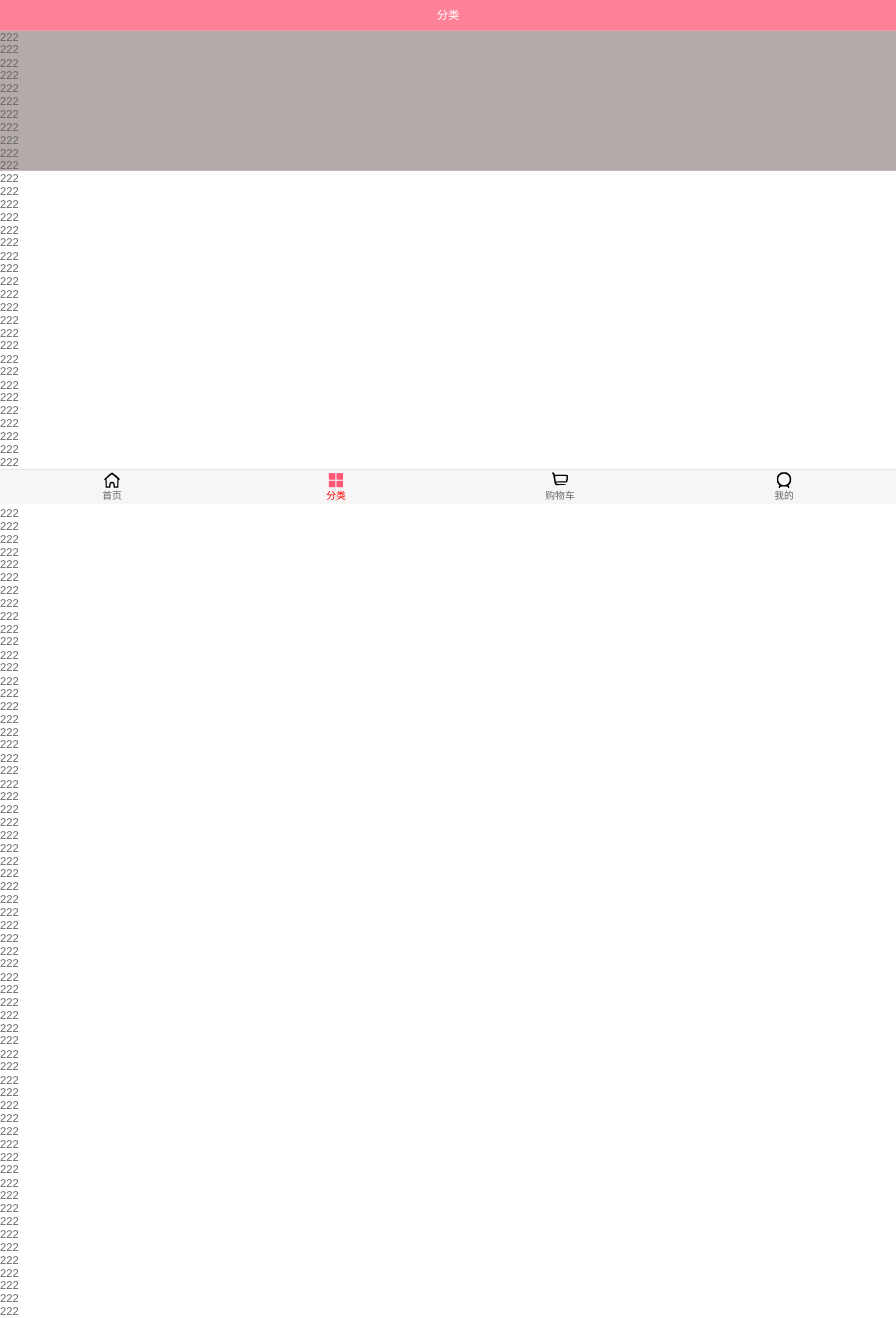
Repository: bymio/mall
Page: /category
An editor plug-in stored every save of this project. The page is shown before and after a run of saves, followed by the edit.
The browser window is 1280 px wide. The pictures show the whole page, at 70% of full size.
The project was rebuilt for these pictures with package versions that can differ from the ones it lists, and the page was loaded fresh each time. Also part of the build but not shown: vue.config.js.

Above is the page before, as saved 2021-06-22 18:47:07.

### src/assets/css/base.css
@import "./normalize.css";

/*:root -> 获取根元素html*/
:root {
  --color-text: #666;
  --color-high-text: #ff5777;
  --color-tint: #ff8198;
  --color-background: #fff;
  --font-size: 14px;
  --line-height: 1.5;
}

*,
*::before,
*::after {
  margin: 0;
  padding: 0;
  box-sizing: border-box;
}

body {
  font-family: "Helvetica Neue",Helvetica,"PingFang SC","Hiragino Sans GB","Microsoft YaHei","微软雅黑",Arial,sans-serif;
  user-select: none; /* 禁止用户鼠标在页面上选中文字/图片等 */
  -webkit-tap-highlight-color: transparent; /* webkit是苹果浏览器引擎，tap点击，highlight背景高亮，color颜色，颜色用数值调节 */
  background: var(--color-background);
  color: var(--color-text);
  /* rem vw/vh */
  width: 100vw;
}

a {
  color: var(--color-text);
  text-decoration: none;
}


.clear-fix::after {
  clear: both;
  content: '';
  display: block;
  width: 0;
  height: 0;
  visibility: hidden;
}

.clear-fix {
  zoom: 1;
}

.left {
  float: left;
}

.right {
  float: right;
}

### src/components/content/mainTabbar/MainTabBar.vue
<template>
  <tab-bar>
    <tab-bar-item path="/home">
      <img slot="item-icon" src="~assets/img/tabbar/home.svg" alt="">
      <img slot="item-icon-active" src="~assets/img/tabbar/home_active.svg" alt="">
      <div slot="item-text">首页</div>
    </tab-bar-item>
    <tab-bar-item path="/category">
      <img slot="item-icon" src="~assets/img/tabbar/category.svg" alt="">
      <img slot="item-icon-active" src="~assets/img/tabbar/category_active.svg" alt="">
      <div slot="item-text">分类</div>
    </tab-bar-item>
    <tab-bar-item path="/cart">
      <img slot="item-icon" src="~assets/img/tabbar/shopcart.svg" alt="">
      <img slot="item-icon-active" src="~assets/img/tabbar/shopcart_active.svg" alt="">
      <div slot="item-text">购物车</div>
    </tab-bar-item>
    <tab-bar-item path="/profile">
      <img slot="item-icon" src="~assets/img/tabbar/profile.svg" alt="">
      <img slot="item-icon-active" src="~assets/img/tabbar/profile_active.svg" alt="">
      <div slot="item-text">我的</div>
    </tab-bar-item>
  </tab-bar>
</template>

<script>
  import TabBar from 'components/common/tabbar/TabBar'
  import TabBarItem from 'components/common/tabbar/TabBarItem'

  export default {
    name: "MainTabBar",
    components: {
      TabBar,
      TabBarItem
    }
  }
</script>

<style scoped>

</style>

### src/views/category/Category.vue
<template>
  <div class="category">
    <nav-bar class="category-nav">
      <div slot="center">分类</div>
    </nav-bar>

    <div class="wrapper">
      <ul class="content">
        <li>222</li>
        <li>222</li>
        <li>222</li>
        <li>222</li>
        <li>222</li>
        <li>222</li>
        <li>222</li>
        <li>222</li>
        <li>222</li>
        <li>222</li>
        <li>222</li>
        <li>222</li>
        <li>222</li>
        <li>222</li>
        <li>222</li>
        <li>222</li>
        <li>222</li>
        <li>222</li>
        <li>222</li>
        <li>222</li>
        <li>222</li>
        <li>222</li>
        <li>222</li>
        <li>222</li>
        <li>222</li>
        <li>222</li>
        <li>222</li>
        <li>222</li>
        <li>222</li>
        <li>222</li>
        <li>222</li>
        <li>222</li>
        <li>222</li>
        <li>222</li>
        <li>222</li>
        <li>222</li>
        <li>222</li>
        <li>222</li>
        <li>222</li>
        <li>222</li>
        <li>222</li>
        <li>222</li>
        <li>222</li>
        <li>222</li>
        <li>222</li>
        <li>222</li>
        <li>222</li>
        <li>222</li>
        <li>222</li>
        <li>222</li>
        <li>222</li>
        <li>222</li>
        <li>222</li>
        <li>222</li>
        <li>222</li>
        <li>222</li>
        <li>222</li>
        <li>222</li>
        <li>222</li>
        <li>222</li>
        <li>222</li>
        <li>222</li>
        <li>222</li>
        <li>222</li>
        <li>222</li>
        <li>222</li>
        <li>222</li>
        <li>222</li>
        <li>222</li>
        <li>222</li>
        <li>222</li>
        <li>222</li>
        <li>222</li>
        <li>222</li>
        <li>222</li>
        <li>222</li>
        <li>222</li>
        <li>222</li>
        <li>222</li>
        <li>222</li>
        <li>222</li>
        <li>222</li>
        <li>222</li>
        <li>222</li>
        <li>222</li>
        <li>222</li>
        <li>222</li>
        <li>222</li>
        <li>222</li>
        <li>222</li>
        <li>222</li>
        <li>222</li>
        <li>222</li>
        <li>222</li>
        <li>222</li>
        <li>222</li>
        <li>222</li>
        <li>222</li>
        <li>222</li>
        <li>222</li>
      </ul>
    </div>
  </div>
</template>

<script>
import BScroll from "better-scroll";
import NavBar from "components/common/navbar/NavBar";

export default {
  name: "Category",
  mounted() {
    new BScroll(".wrapper", {});
  },
  components: {
    NavBar,
  },
};
</script>

<style scoped>
.category-nav {
  background: var(--color-tint);
  color: white;
}
.wrapper{
  height: 200px;
  background-color: rgb(180, 170, 170);
}
</style>

### src/components/common/tabbar/TabBarItem.vue
<template>
  <!--所有的item都展示同一个图片, 同一个文字-->
  <div class="tab-bar-item" @click="itemClick">
    <div v-if="!isActive"><slot name="item-icon"></slot></div>
    <div v-else><slot name="item-icon-active"></slot></div>
    <div :style="activeStyle"><slot name="item-text"></slot></div>
  </div>
</template>

<script>
  export default {
    name: "TabBarItem",
    props: {
      path: String,
      activeColor: {
        type: String,
        default: 'red'
      }
    },
    data() {
      return {
        // isActive: true
      }
    },
    computed: {
      isActive() {
        // /home -> item1(/home) = true
        // /home -> item1(/category) = false
        // /home -> item1(/cart) = true
        // /home -> item1(/profile) = true
        return this.$route.path.indexOf(this.path) !== -1
      },
      activeStyle() {
        return this.isActive ? {color: this.activeColor} : {}
      }
    },
    methods: {
      itemClick() {
        this.$router.replace(this.path)
      }
    }
  }
</script>

<style scoped>
  .tab-bar-item {
    flex: 1;
    text-align: center;
    height: 49px;
    font-size: 14px;
  }

  .tab-bar-item img {
    width: 24px;
    height: 24px;
    margin-top: 3px;
    vertical-align: middle;
    margin-bottom: 2px;
  }
</style>

Loaded but not shown: public/index.html (common file); src/main.js (common file); src/App.vue (common file); src/router/index.js (common file); src/assets/css/normalize.css (library); src/components/common/tabbar/TabBar.vue (common file); src/components/common/navbar/NavBar.vue (common file)

After the next 2 saves:
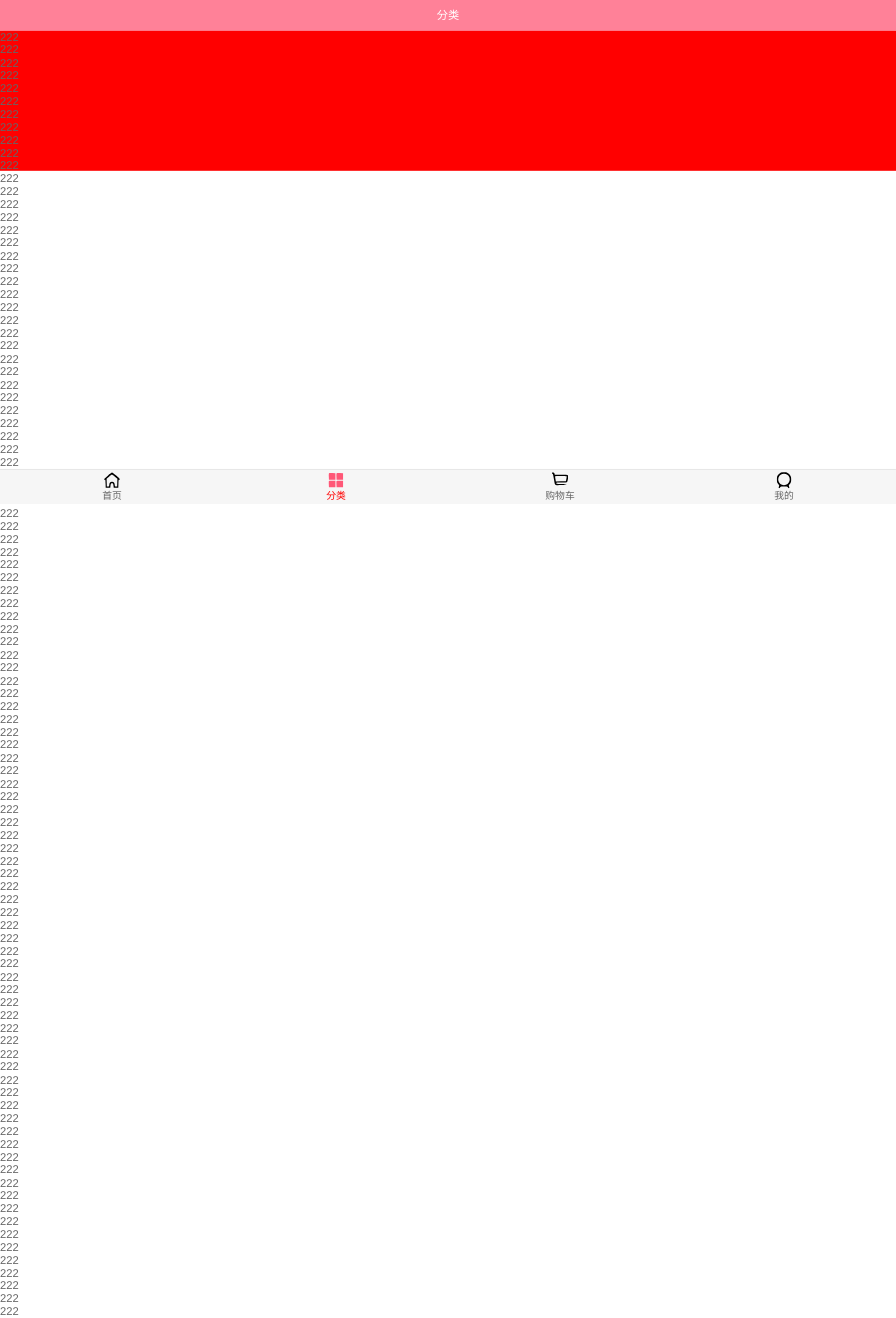
The 2 saves are shown as one change because they came seconds apart.
The last was saved 7 s later.
--- a/src/views/category/Category.vue
+++ b/src/views/category/Category.vue
@@ -133,6 +133,7 @@ export default {
 }
 .wrapper{
   height: 200px;
-  background-color: rgb(180, 170, 170);
+  background-color: rgb(255, 0, 0);
+
 }
 </style>
